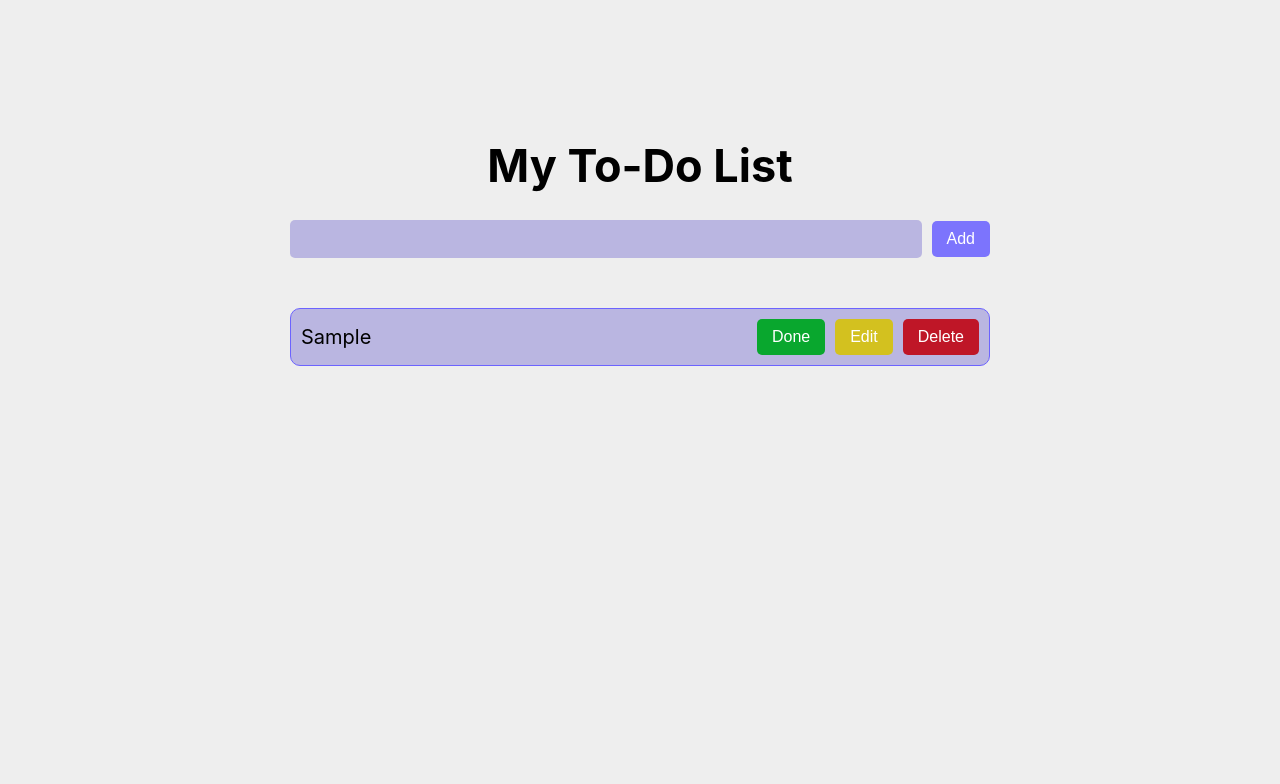
Repository: bianphang/todo-list_vanilla-js
Page: index.html
The author's editor kept a copy of each file at every save. The page is drawn from the files as they stood at one save, then again after the next save.
The browser window is 1280 px wide. The pictures show the whole page.
Empty fields were first filled with sample values (such as "Sample", 5 or name@example.com).
After loading, the first visible `#addForm` was submitted once.

Above is the page before, as saved 2024-06-10 15:34:34.

After the next save:
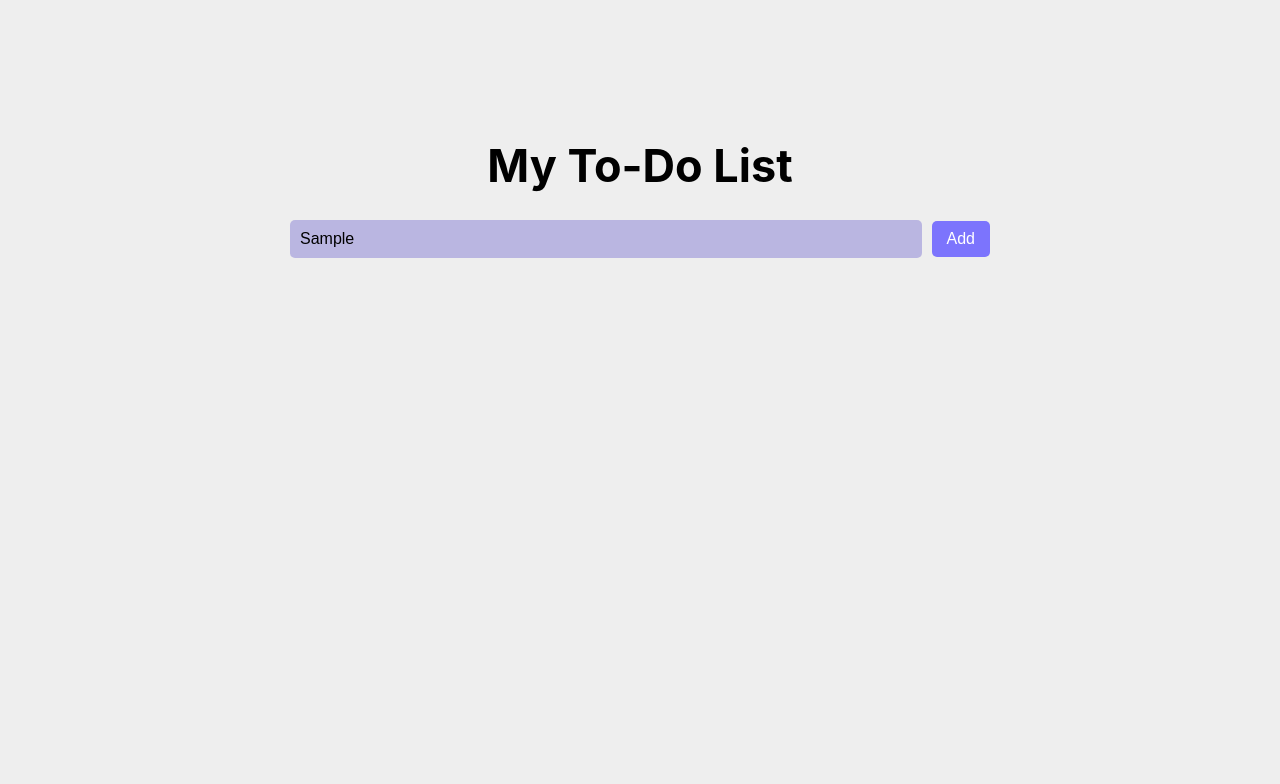
Console error: ReferenceError: editBtn is not defined
Saved 62 min 49 s later.
--- a/script.js
+++ b/script.js
@@ -23,15 +23,15 @@
     const actions = document.createElement('div');
     actions.className = 'todo-action';
 
-    const editBtn = document.createElement('button');
-    editBtn.className = 'btn btn-edit';
-    editBtn.textContent = 'Edit';
-    editBtn.addEventListener('click', function () {
-      const newText = prompt('Edit todo:', label.textContent);
-      if (newText !== null) {
-        label.textContent = newText;
-      }
-    });
+    // const editBtn = document.createElement('button');
+    // editBtn.className = 'btn btn-edit';
+    // editBtn.textContent = 'Edit';
+    // editBtn.addEventListener('click', function () {
+    //   const newText = prompt('Edit todo:', label.textContent);
+    //   if (newText !== null) {
+    //     label.textContent = newText;
+    //   }
+    // });
 
     const deleteBtn = document.createElement('button');
     deleteBtn.className = 'btn btn-delete';

After the save that followed:
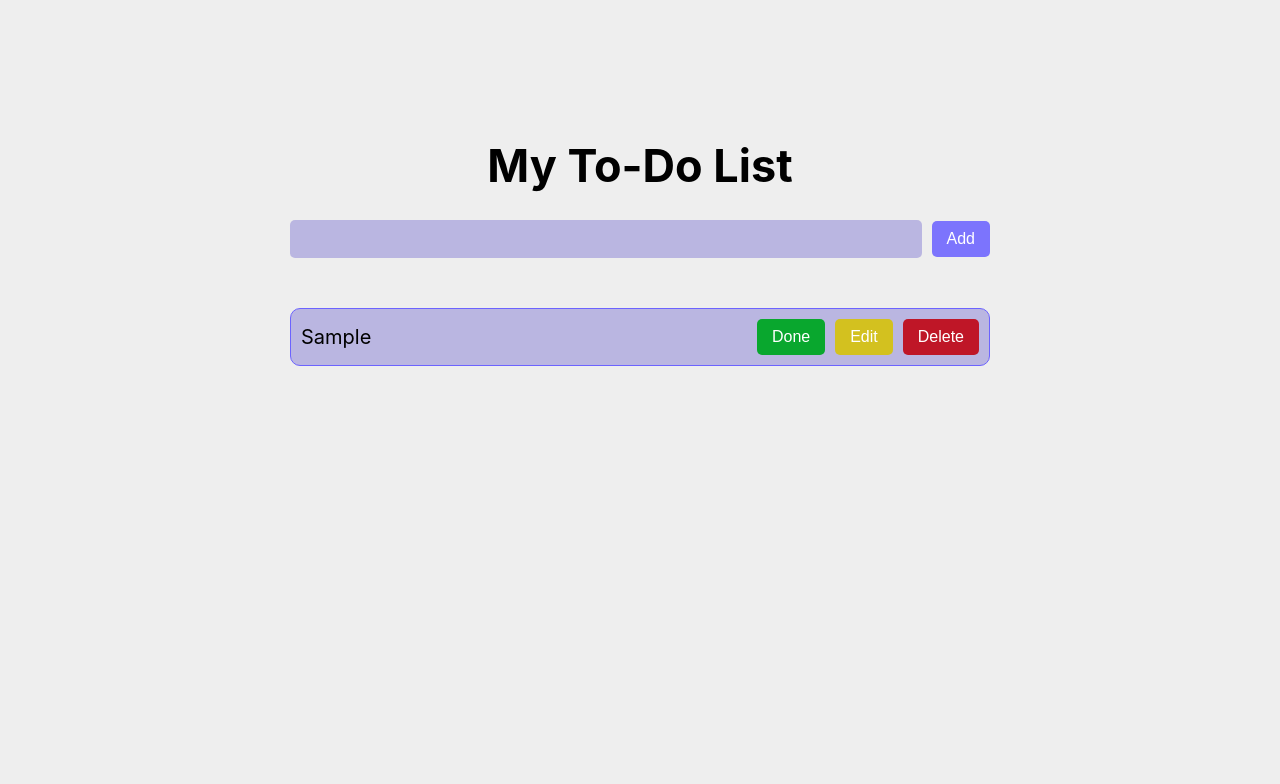
The error is gone.
Saved 10 s later.
--- a/script.js
+++ b/script.js
@@ -23,15 +23,15 @@
     const actions = document.createElement('div');
     actions.className = 'todo-action';
 
-    // const editBtn = document.createElement('button');
-    // editBtn.className = 'btn btn-edit';
-    // editBtn.textContent = 'Edit';
-    // editBtn.addEventListener('click', function () {
-    //   const newText = prompt('Edit todo:', label.textContent);
-    //   if (newText !== null) {
-    //     label.textContent = newText;
-    //   }
-    // });
+    const editBtn = document.createElement('button');
+    editBtn.className = 'btn btn-edit';
+    editBtn.textContent = 'Edit';
+    editBtn.addEventListener('click', function () {
+      const newText = prompt('Edit todo:', label.textContent);
+      if (newText !== null) {
+        label.textContent = newText;
+      }
+    });
 
     const deleteBtn = document.createElement('button');
     deleteBtn.className = 'btn btn-delete';
